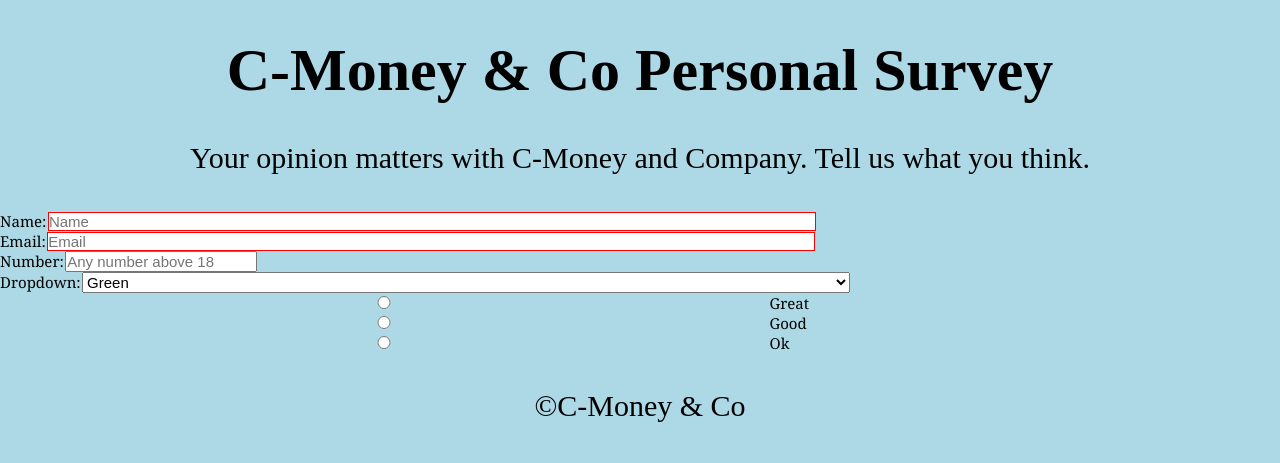
Repository: ctcoleman/surveyForm
Page: index.html
These files come from the project's save history. The page is drawn as it stood at one moment and after a run of saves; the edit follows.
The browser window is 1280 px wide. The pictures show the whole page.

Above is the page before, as saved 2020-06-26 11:13:32.
Console error: TypeError: Cannot read properties of null (reading 'addEventListener')

### index.html
<!DOCTYPE html>
<html lang="en">

<!-- Head -->

<head>
  <meta name="description" content="Survey Form Example Project">
  <meta name="author" content="Christopher Coleman">
  <meta name="title" content="Survey Form Project">
  <meta name="keywords" content="Survey, Forms, HTML, CSS, Example, Project" <meta name="viewport"
    content="width=device-width, initial-scale=1.0">
  <meta charset="UTF-8">
  <link rel="stylesheet" type="text/css" href="/assets/stylesheets/index.css">
  <title>Survey Form Project</title>
</head>

<!-- Body -->

<body>


  <!-- Main Content-->
  <main id="main">

    <!-- Header -->
    <header id="titleHeading" class="heading">
      <h1 id="title">C-Money & Co Personal Survey</h1>
    </header>

    <!-- Description of Survey-->
    <section class="descriptionSection">
      <p id="description">Your opinion matters with C-Money and Company. Tell us what you think.</p>
    </section>

    <!-- Survey Form -->
    <form id="survey-form" class="formWrapper" action="#" method="post">
      <!-- Name -->
      <div class="nameEntery">
        <label for="name-label">Name:</label>
        <input type="text" id="name" name="user_name" placeholder="Name" required>
      </div>
      <!-- E-Mail -->
      <div class="emailEntery">
        <label for="email-label">Email:</label>
        <input type="email" id="email" name="user_email" placeholder="Email" required>
      </div>
      <!-- Number -->
      <div class="numberEntery">
        <label for="number-label">Number:</label>
        <input type="number" id="number" placeholder="Any number above 18" min="18" max="150">
      </div>
      <!-- Dropdown -->
      <div class="dropdownEntery">
        <label for="dropdown-label">Dropdown:</label>
        <select type="dropdown" id="dropdown" placeholder="Select from the following" required>
          <option value="Green">Green</option>
          <option value="Blue">Blue</option>
          <option value="Red">Red</option>
          <option value="Yellow">Yellow</option>
          <option value="Salmon">Salmon</option>
          <option value="Purple">Purple</option>
      </div>
      <!-- Radio Buttons -->
      <div class="radioButtons">
        <input type="radio" id="radioGreat" name="radio" value="Great">
        <label for="radioGreat">Great</label>
        <input type="radio" id="radioGood" name="radio" value="Good">
        <label for="radioGood">Good</label>
        <input type="radio" id="radioOk" name="radio" value="Ok">
        <label for="radioOk">Ok</label>
      </div>
    </form>

    <!-- Footer -->
    <footer>
      <p>&copy;C-Money & Co</p>
    </footer>
  </main>

  <script>
    const btn = document.querySelector('button');
    const txt = document.querySelector('p')

    btn.addEventListener('click', updateBtn);

    function updateBtn() {
      if (btn.textContent === 'I am a button') {
        btn.textContent = 'I am a new button';
        txt.textContent = 'New Lorem Ipsum';
      } else {
        btn.textContent = 'I am a button';
        txt.textContent = 'Lorem Ipsum'
      }
    }
  </script>
  <script>url('https://cdn.freecodecamp.org/testable-projects-fcc/v1/bundle.js')</script>
</body>

</html>

### assets/stylesheets/index.css
* {
  margin: 0;
  padding: 0;
  outline: 0;
  box-sizing: border-box;
  font-size: 62.5%;
}

html {
 background: lightblue;
 color: black;
 -webkit-font-smoothing: antialiased;
}

h1 {
  font-size: 6rem;
  text-align: center;
  margin: 5vh 3vw;
}

p {
  font-size: 3rem;
  text-align: center;
  margin: 5vh 3vw;
}

input,
select {
  font-size: 1.5rem;
  width: 60vw;
}
#number {
  width: 15vw;
}
input:required {
  border: 1px solid red;
}

label {
  font-size: 1.5rem;
  font-family: Georgia, 'Times New Roman', Times, serif;
}

select option {
  font-size: 1.5rem;
}

After the next 3 saves:
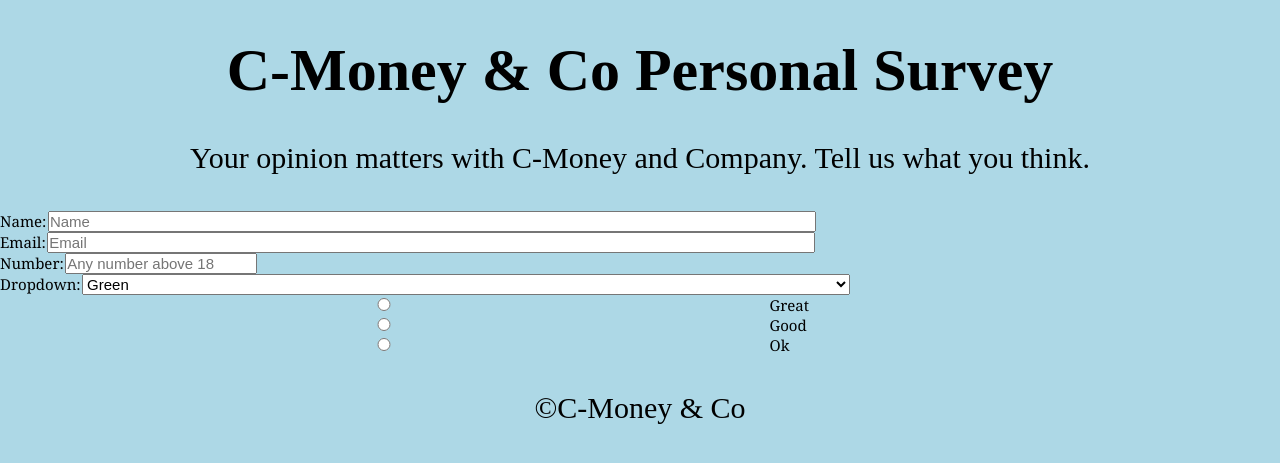
The 3 saves are shown as one change because they came seconds apart.
The last was saved 37 s later.
--- a/assets/stylesheets/index.css
+++ b/assets/stylesheets/index.css
@@ -32,6 +32,7 @@
 #number {
   width: 15vw;
 }
+input #radio
 input:required {
   border: 1px solid red;
 }

After the 3 saves that followed:
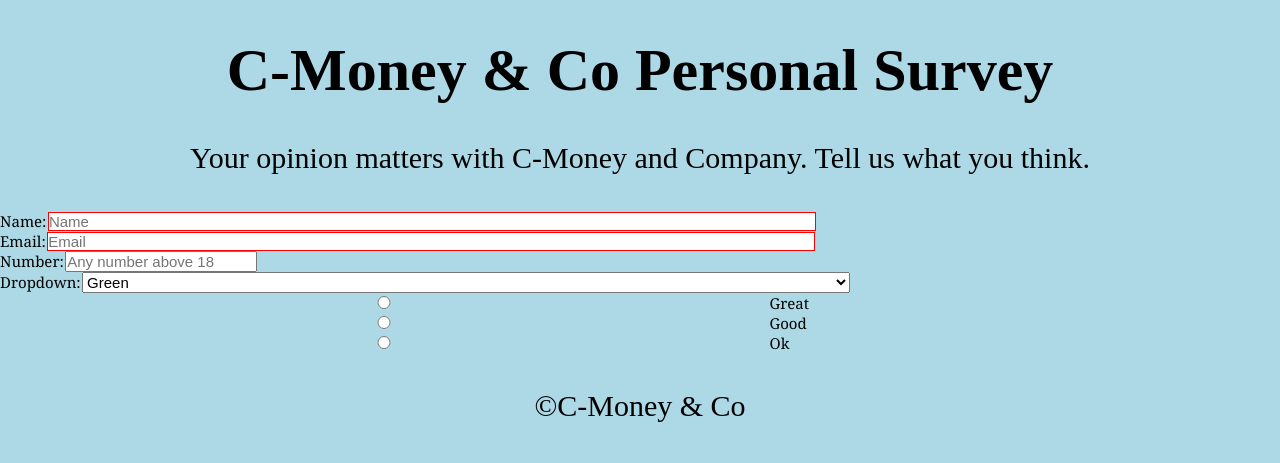
The 3 saves are shown as one change because 2 left the picture as it was.
The last was saved 2 min 29 s later.
--- a/assets/stylesheets/index.css
+++ b/assets/stylesheets/index.css
@@ -32,7 +32,9 @@
 #number {
   width: 15vw;
 }
-input #radio
+input:radio {
+
+}
 input:required {
   border: 1px solid red;
 }
